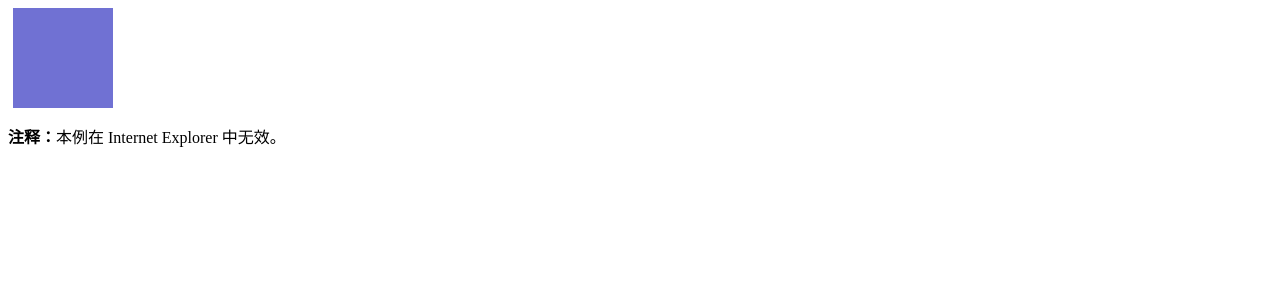
Repository: YukiXueyan/moquWebsite
Page: html/动画.html
The author's editor kept a copy of each file at every save. The page is drawn from the files as they stood at one save, then again after the next save.
The browser window is 1280 px wide. The pictures show the whole page.

Above is the page before, as saved 2020-07-05 16:52:40.

After the next save:
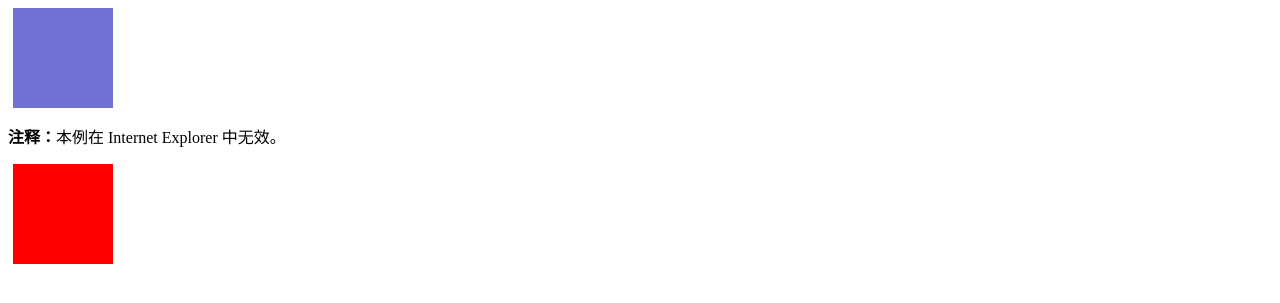
Saved 55 s later.
--- a/html/动画.html
+++ b/html/动画.html
@@ -2,13 +2,15 @@
 <html>
 <head>
 <style>
+div{
+    margin: 5px;
+}
 #d1 {
 width:100px;
 height:100px;
 background:skyblue;
 animation:myfirst1 10s;
 margin: 5px;
-
 }
 
 @keyframes myfirst1
@@ -16,7 +18,45 @@ margin: 5px;
 from {background:skyblue;}
 to {background:slateblue;}
 }
+#d2{
+width:100px;
+height:100px;
+background:red;
+animation:myfirst 5s;
 
+}
+
+@keyframes myfirst
+{
+0%   {background:red;}
+25%  {background:yellow;}
+50%  {background:blue;}
+100% {background:green;}
+}
+
+@-moz-keyframes myfirst /* Firefox */
+{
+0%   {background:red;}
+25%  {background:yellow;}
+50%  {background:blue;}
+100% {background:green;}
+}
+
+@-webkit-keyframes myfirst /* Safari and Chrome */
+{
+0%   {background:red;}
+25%  {background:yellow;}
+50%  {background:blue;}
+100% {background:green;}
+}
+
+@-o-keyframes myfirst /* Opera */
+{
+0%   {background:red;}
+25%  {background:yellow;}
+50%  {background:blue;}
+100% {background:green;}
+}
 
 </style>
 </head>
@@ -24,6 +64,6 @@ to {background:slateblue;}
 
 <div id="d1"></div>
 <p><b>注释：</b>本例在 Internet Explorer 中无效。</p>
-
+<div id="d2"></div>
 </body>
 </html>
